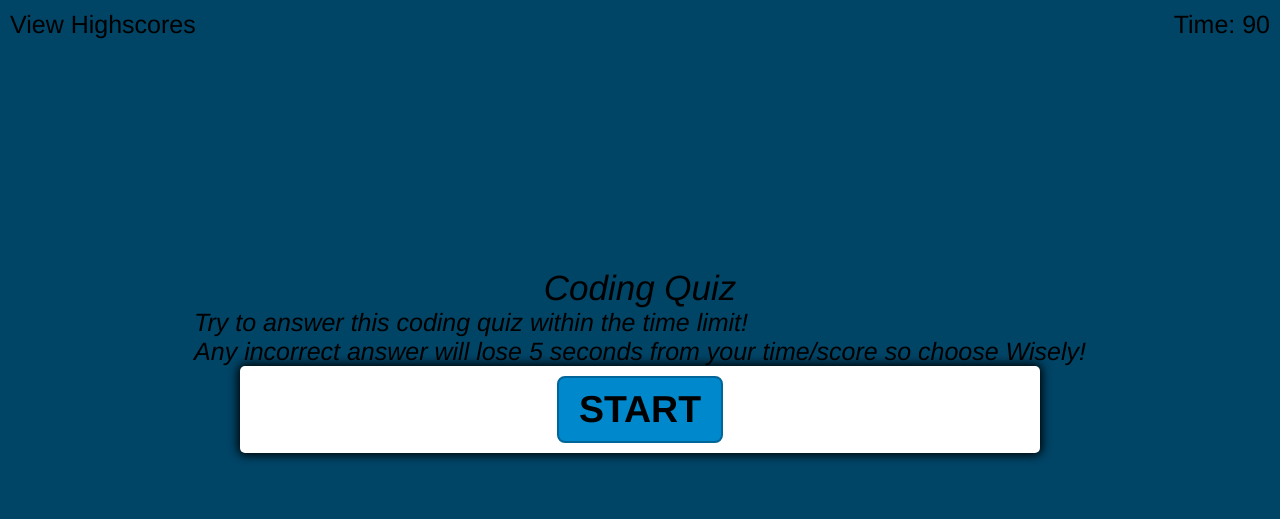
Repository: Vshepard879/Code-Quiz
Page: index.html
These files come from the project's save history. The page is drawn as it stood at one moment and after the next save; the edit follows.
The browser window is 1280 px wide. The pictures show the whole page.

Above is the page before, as saved 2022-03-20 03:39:25.

After the next save:
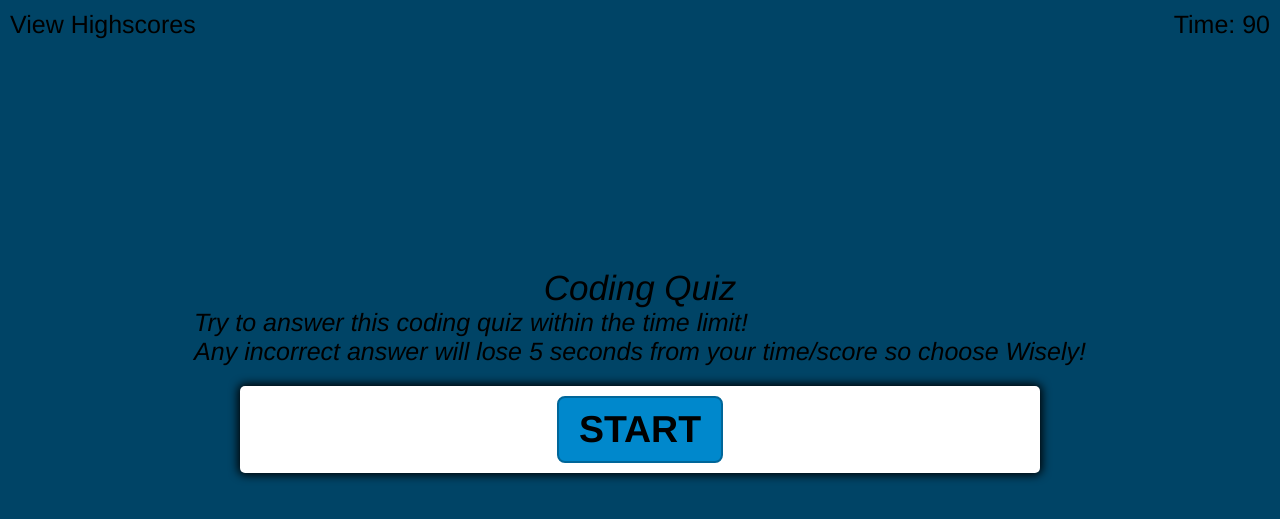
Saved 19 s later.
--- a/assets/css/style.css
+++ b/assets/css/style.css
@@ -17,7 +17,7 @@ header {
     flex-direction: column;
     position: relative;
     align-items:center;
-    padding: 0 0 20 0;
+    padding: 20px 0 20px 0;
 }
 
 
